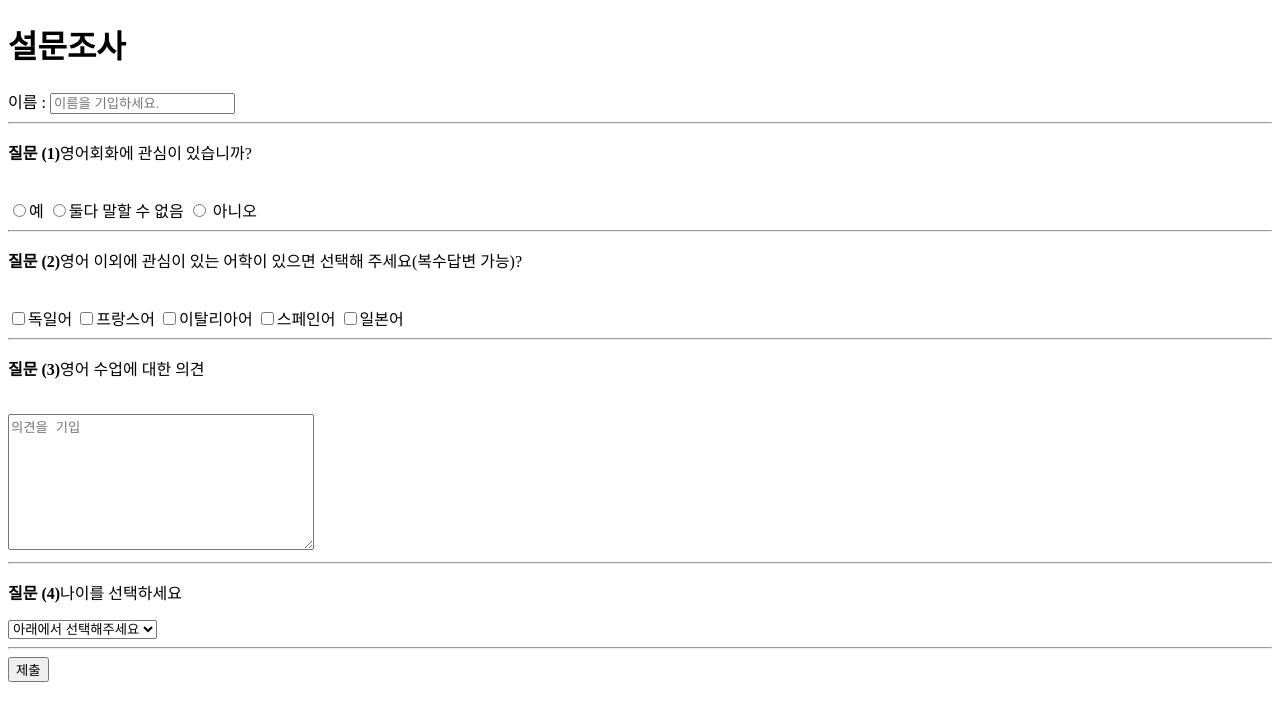
Repository: suhong99/htmlLecture
Page: cssWork1/src/main/webapp/indext5.html
The author's editor kept a copy of each file at every save. The page is drawn from the files as they stood at one save, then again after the next save.
The browser window is 1280 px wide. The pictures show the whole page.

Above is the page before, as saved 2023-06-22 07:32:50.

### cssWork1/src/main/webapp/indext5.html
<!DOCTYPE html>
<html>
<head>
<meta charset="UTF-8">
<title>Insert title here</title>
</head>
<body>
<form>
	<h1>설문조사</h1>
	<div>이름 : <input placeholder="이름을 기입하세요."/></div>
	<hr>
	<p><b>질문 (1)</b>영어회화에 관심이 있습니까?</p>
	<br>
	<div>
		<input type="radio" name="english">예
		<input type="radio" name="english">둘다 말할 수 없음
		<input type="radio" name="english"> 아니오
	</div>
	<hr>
	<p><b>질문 (2)</b>영어 이외에 관심이 있는 어학이 있으면 선택해 주세요(복수답변 가능)?</p>
	<br>
		<div>
		<input type="checkbox" name="otherLanguage">독일어
		<input type="checkbox" name="otherLanguage">프랑스어
		<input type="checkbox" name="otherLanguage">이탈리아어
		<input type="checkbox" name="otherLanguage">스페인어
		<input type="checkbox" name="otherLanguage">일본어
	</div>
	<hr>
	<p><b>질문 (3)</b>영어 수업에 대한 의견</p>
	<br>
	<textarea name="opinion" style="width: 300px;height:130px" placeholder="의견을 기입"></textarea>
	<hr>
	<p><b>질문 (4)</b>나이를 선택하세요</p>
	<select name="age">
		<option>아래에서 선택해주세요</option>
		<option>00 ~ 09살</option>
		<option>10 ~ 19살</option>
		<option>20 ~ 29살</option>
		<option>30 ~ 39살</option>
		<option>40 ~ 49살</option>
		<option>50 ~ 59살</option>
		<option>60 ~ 69살</option>
		<option>70 ~ 79살</option>
		<option>80 ~ 89살</option>
	</select>
	<hr>
	<input type="submit" value="제출">
</form>
</body>
</html>

After the next save:
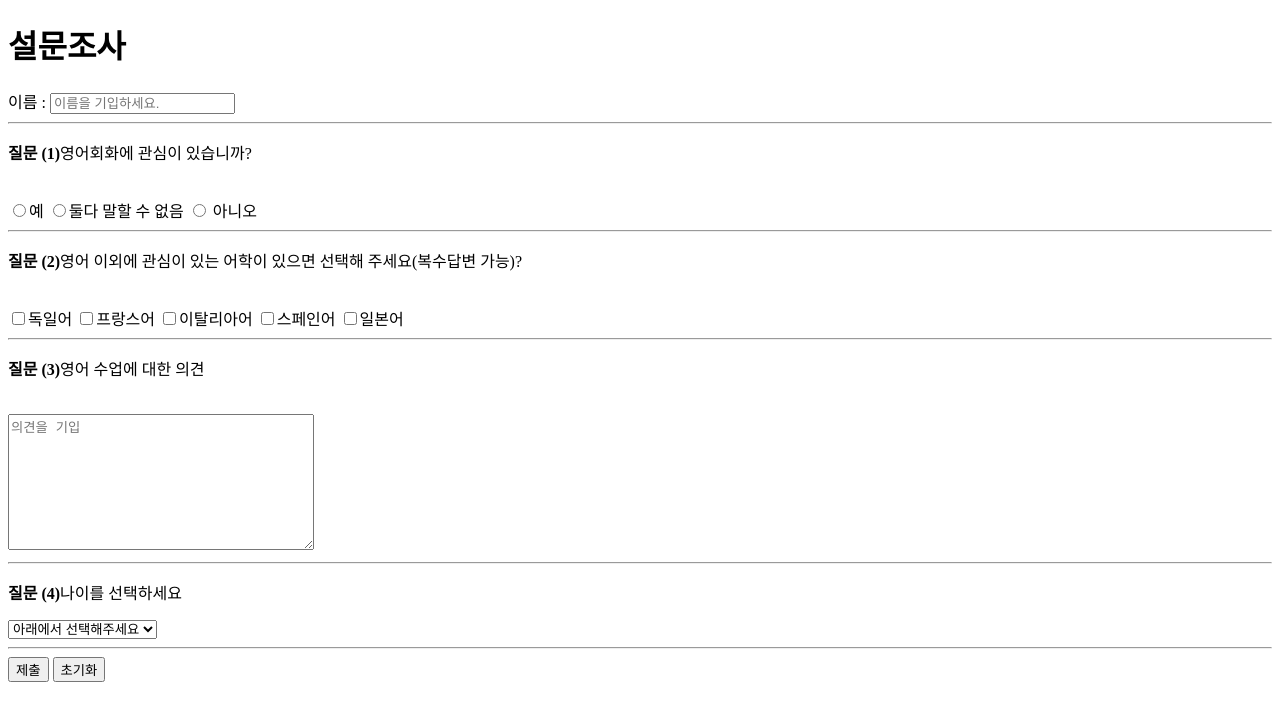
Saved 10 s later.
--- a/cssWork1/src/main/webapp/indext5.html
+++ b/cssWork1/src/main/webapp/indext5.html
@@ -46,6 +46,8 @@
 	</select>
 	<hr>
 	<input type="submit" value="제출">
+	<input type="reset" value="초기화">
+
 </form>
 </body>
 </html>
